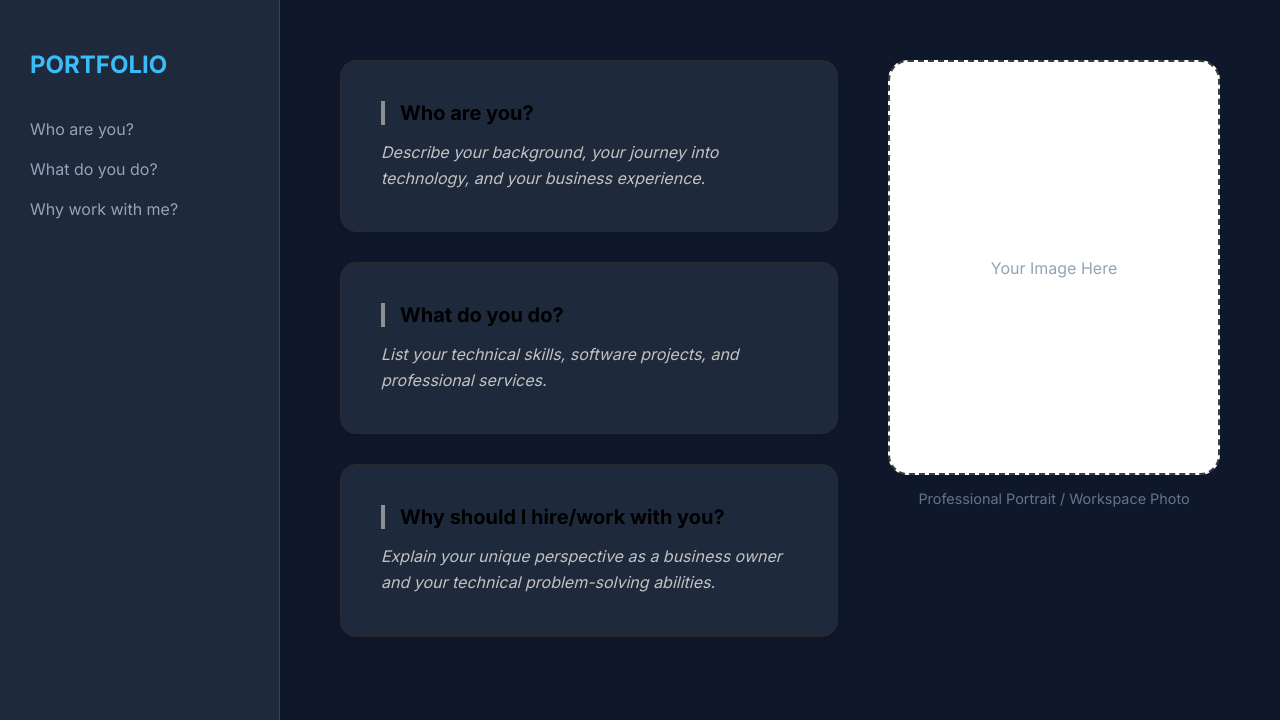
Repository: KevinSamaha/Kevin_Samaha
Page: index.html
The author's editor kept a copy of each file at every save. The page is drawn from the files as they stood at one save, then again after the next save.
The browser window is 1280 px wide. The pictures show the whole page.

Above is the page before, as saved 2026-05-03 14:05:41.

After the next save:
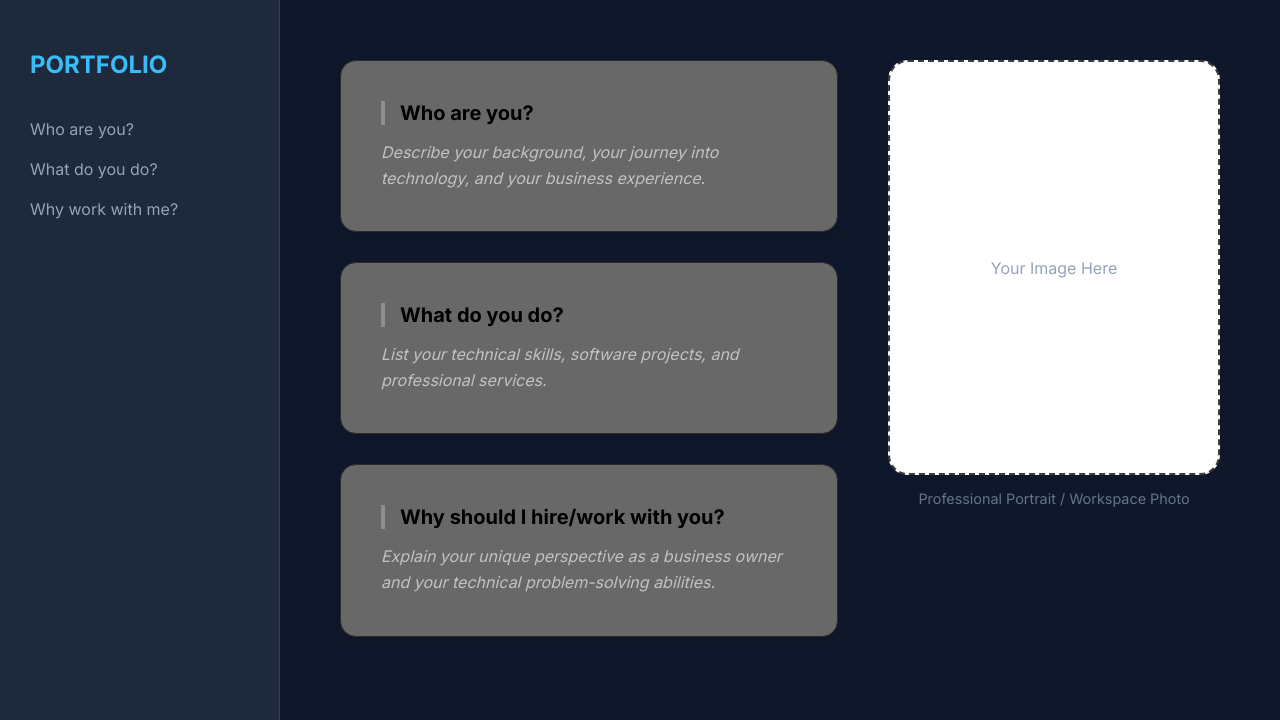
Saved 7 s later.
--- a/style.css
+++ b/style.css
@@ -72,7 +72,7 @@ main {
 }
 
 .content-box {
-    background-color: #1e293b;
+    background-color: #686868;
     padding: 40px;
     border-radius: 16px;
     border: 1px solid #2b2b2b;
